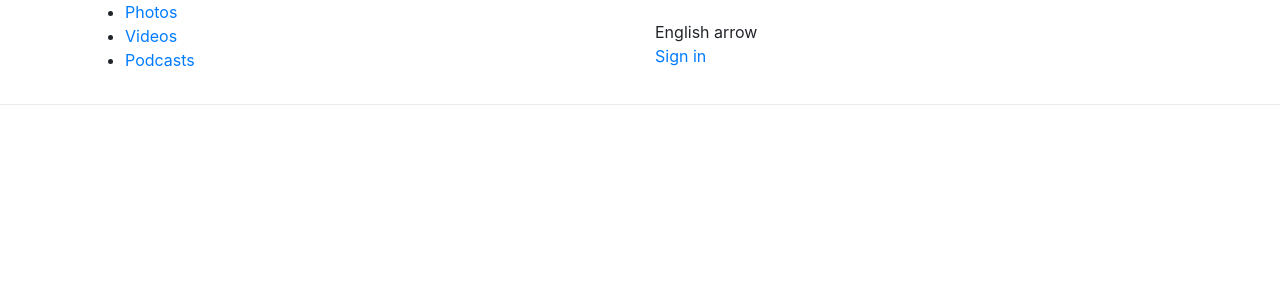
Repository: densavi/djinni
Page: index.html
These files come from the project's save history. The page is drawn as it stood at one moment and after the next save; the edit follows.
The browser window is 1280 px wide. The pictures show the whole page.
The style sheet was rebuilt from its Sass, Less or Tailwind sources for each picture, by a compiler version that may differ from the author's.

Above is the page before, as saved 2023-04-10 21:22:11.
Console error (its wording comes from the project's code and is left out).

After the next save:
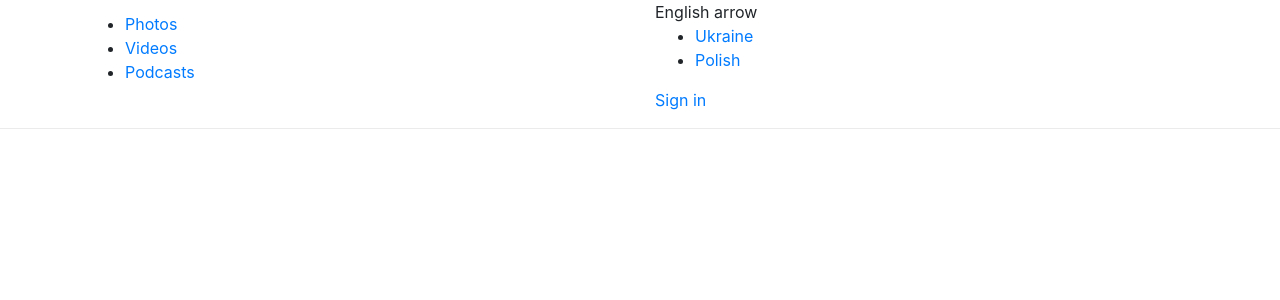
Saved 30 s later.
--- a/index.html
+++ b/index.html
@@ -28,6 +28,10 @@
               English
               arrow
             </span>
+            <ul class="header__lang--list">
+              <li><a href="#">Ukraine</a></li>
+              <li><a href="#">Polish</a></li>
+            </ul>
           </div>
           <a href="#" class="header__sign-in">Sign in</a>
         </div>
